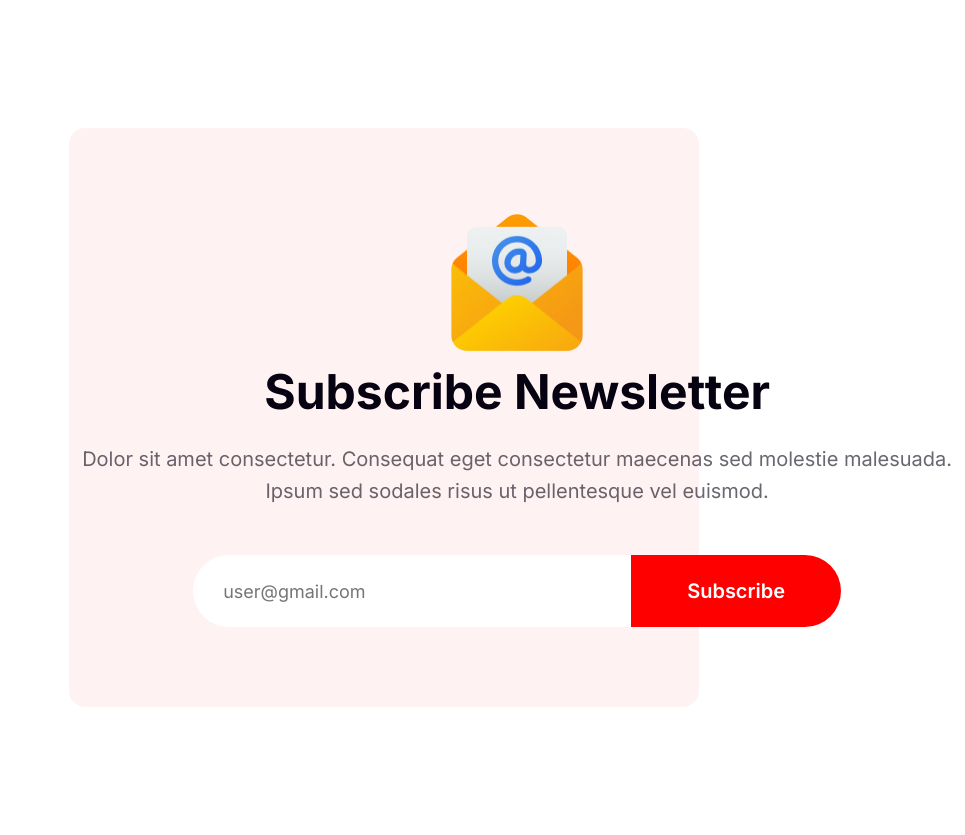
Repository: ShouravAhammed/simple-responsive-new-year
Page: index.html
The author's editor kept a copy of each file at every save. The page is drawn from the files as they stood at one save, then again after the next save.
The browser window is 768 px wide. The page is 965 px wide, then 768 px, so the pictures cover 965 px, including what lies to the right of the window. The pictures show the whole page.

Above is the page before, as saved 2024-01-11 17:29:16.

### index.html
<!DOCTYPE html>
<html lang="en">
<head>
    <meta charset="UTF-8">
    <meta name="viewport" content="width=device-width, initial-scale=1.0">
    <!-- Title  -->
    <title>New Year 2024</title>
    <!-- favicon icon linked -->
    <link rel="shortcut icon" href="images/New Year Photo.png" type="image/x-icon">
    <!-- style css linked-->
    <link rel="stylesheet" href="Style/style.css">
</head>
<body>
    <!-- header part  -->
    <header class="hide">
        <!-- banner section part -->
        <section id="banner">
            <div class="container">
                <div class="banner-container">
                    <div class="banner-content">
                        <h3 class="celebration">Happy New Year</h3>
                        <h2 class="banner-title">New Year Party Celebration</h2>
                    </div>
                </div>
            </div>
        </section>
    </header>
    <!-- main part -->
    <main>
        <!-- categories section part  -->
            <section id="categories hide" class="hide">
                <div class="container">
                    <div class="categories-container">
                        <h2 class="categories-discount">65% OFF</h2>
                        <p class="primary-summery">OUR HOLIDAY DEALS ARE BETTER</p>
                        <h3 class="categories-title">ALL CATEGORIES</h3>
                        <div class="categories-img">
                            <img id="new-year-img" src="images/New Year Photo.png" alt="Happy New Year">
                        </div>
                    </div>
                </div>
            </section>

            <!-- party-banner section part -->
            <section id="party-banner" class="hide">
                <div class="container">
                    <div class="party-container">
                        <div class="party-content">
                            <h2 class="party-title">Welcome to midnight party</h2>
                            <p class="party-description">Dolor sit amet consectetur. Consequat eget consectetur maecenas sed molestie malesuada. Ipsum sed sodales risus ut pellentesque vel euismod. </p>
                            <button id="join-now-btn">JOIN NOW</button>
                        </div>
                        <img class="party-img" src="images/icon/Group 70.png" alt="party-img">
                    </div>
                </div>
            </section>
            <!-- Announce section part -->
            <section id="announce" class="hide">
                <div class="container">
                    <div class="announce-content">
                        <h4 class="announce-title"><span class="title-color">Place:</span> New Park Hotel</h4>
                        <h4 class="announce-title"><span class="title-color">Date:</span> 31 December Night 2023</h4>
                        <h4 class="announce-title"><span class="title-color">Time:</span> Evening 7.30 pm to 12.30 am</h4>
                        <button class="announce-btn">Join Now</button>
                    </div>
                </div>
            </section>
            <!-- best offer section part -->
            <section id="best-offer" class="hide">
                <div class="container">
                    <div class="best-offer-container">
                        <div class="best-offer-content">
                            <p class="primary-summery">NEW BEST OFFER</p>
                            <h3 class="similer-title">Coming Soon</h3>
                            <p class="similer-description">Dolor sit amet consectetur. Consequat eget consectetur maecenas sed molestie malesuada. Ipsum sed sodales risus ut pellentesque vel euismod. </p>
                        </div>
                        <div class="best-offer-img-content">

                                <img class="best-offer-img" src="images/Ellipse 1.png" alt="best-offer-images">

                        </div>
                        <div class="best-offer-year-content">
                            <h3 class="best-offer-year">2024</h3>
                            <p class="best-offer-description">Dolor sit amet consectetur. Consequat eget consectetur maecenas sed.</p>
                            <img class="best-offer-year-img" src="images/icon/Group 96.png" alt="best-offer-year-img">
                        </div>
                    </div>
                </div>
            </section>
            <!-- holiday section part  -->
            <section id="holiday" class="hide">
                <div class="container">
                    <div class="holiday-container">
                        <div class="holiday-content">
                            <p class="primary-summery">WHAT IS FUNCTIONAL</p>
                        <h3 class="similer-title"><span class="title-color">Holidays</span> Sale 50%</h3>
                        <p class="similer-description">Dolor sit amet consectetur. Consequat eget consectetur maecenas sed molestie malesuada. Ipsum sed
                            sodales risus ut pellentesque vel euismod. Eleifend nunc purus quam id
                            fermentum amet amet sit consectetur.</p>
                        </div>
                        <div class="holiday-back-img">
                            <div class="holiday-gift-content">
                                <img src="images/icon/Group 75.png" alt="">
                            </div>
                            <div class="holiday-discount-content">
                                <img src="images/icon/Group 44.png" alt="">
                            </div>
                        </div>
                        <div class="holiday-bottom">
                            <img src="images/Rectangle 2.png" alt="">
                        </div>
                    </div>
                </div>
            </section>
            <!-- Portfolio section part -->

            <section id="portfolio" class="hide">
                <div class="container">
                    <div class="portfolio-container">
                        <div class="portfolio-box">
                            <p class="primary-summery">THE BEST GIFTS</p>
                            <h3 class="similer-title">Our Awesome Portfolio</h3>
                            <p class="similer-description description-padd">Dolor sit amet consectetur. Consequat eget consectetur maecenas sed molestie malesuada. Ipsum sed sodales risus ut pellentesque vel euismod. </p>
                        </div>
                            <div class="portfolio-content">
                                <img class="portfolio-img" src="images/Portfolio images/Rectangle 3.png" alt="">
                                <img class="portfolio-img" src="images/Portfolio images/Rectangle 4.png" alt="">
                                <img class="portfolio-img" src="images/Portfolio images/Rectangle 5.png" alt="">
                            </div>
                            <div class="portfolio-content">
                                <img class="portfolio-img" src="images/Portfolio images/Rectangle 6.png" alt="">
                                <img class="portfolio-img" src="images/Portfolio images/Rectangle 7.png" alt="">
                                <img class="portfolio-img" src="images/Portfolio images/Rectangle 8.png" alt="">
                            </div>
                        </div>
                    </div>
            </section>
            <!-- newsletter section part -->
            <section id="newsletter">
                <div class="container">
                    <div class="news-container">
                        <div class="news-content">
                            <img src="images/icon/Group 61.png" alt="">
                            <h3 class="similer-title">Subscribe Newsletter</h3>
                            <p class="similer-description description-mar">Dolor sit amet consectetur. Consequat eget consectetur maecenas sed molestie malesuada. Ipsum sed sodales risus ut pellentesque vel euismod. </p>
                            <form class="form" action="">
                                <input type="email" placeholder="user@gmail.com" alt="email" id="">
                                <button class="subscribe-btn">Subscribe</button>
                            </form>
                        </div>

                    </div>
                </div>
            </section>
    </main>
    <!--  footer part -->
    <footer class="hide">
        <section id="footer">
            <div class="container">
                <div class="footer-describe-part line-color">
                    <div class="footer-address">
                        <p class="address-similer">44, Big Building Roosevelt Street</p>
                        <p class="address-similer">Beach Gardens Florida 33410</p>
                    </div>
                    <div class="footer-address">
                        <div class="call-icon">
                            <img src="images/icon/Call.png" alt="">
                            <a class="address-similer">+00 123 584 124</a>
                        </div>
                        <div class="website-icon">
                            <img src="images/icon/Website.png" alt="">
                            <a class="address-similer">www.website.com</a>
                        </div>
                    </div>
                </div>

                <div class="footer-social line-color">
                    <a href=""><img src="images/icon/Facebook.png" alt=""></a>
                    <a href=""><img src="images/icon/Instagram.png" alt=""></a>
                    <a href=""><img src="images/icon/Twitter.png" alt=""></a>
                    <a href=""><img src="images/icon/Linkedin.png" alt=""></a>
                </div>

                <div class="reserved">
                    <p>2017, All Rights Reserved.</p>
                    <p>Unsubscribe</p>
                </div>
            </div>
        </section>
    </footer>
</body>
</html>

### Style/style.css
/* import google fonts */
@import url('https://fonts.googleapis.com/css2?family=Inter:wght@100;200;300;400;500;600;700;800;900&family=Merriweather:ital,wght@0,300;0,400;0,700;0,900;1,300;1,400;1,700;1,900&display=swap');

*{
    margin: 0;
    padding: 0;
    outline: 0;
}

.container{
    width: 82%;
    margin: 0 auto;
}
/* primary content */
.primary-summery{
    font-family: Inter;
    font-size: 24px;
    font-style: normal;
    font-weight: 500;
    color: #F00;
    line-height: normal;
}
/* title-color */
.title-color{
    color: #F00;
}
/* banner section related css style */
#banner{
    margin-top: 30px;
}
.banner-container{
    background-image: linear-gradient(180deg, #070211 0%, rgba(7, 2, 17, 0.00) 100%), url(../images/Banner\ Image.png);
    background-size: cover;
    background-repeat: no-repeat;
    background-position: center;
    border-radius: 16px;
    padding: 177px 0px;
}
.banner-container .banner-content{
    width: 632px;
    margin: 0 auto;
}
.banner-container .banner-content .celebration{
    color: #FFF;
    text-align: center;
    font-family: Merriweather;
    font-size: 32px;
    font-style: normal;
    font-weight: 400;
    line-height: normal;
    margin-bottom: 16px;
    z-index: 99;
}
.banner-container .banner-content .banner-title{
    color: #FFF;
    text-align: center;
    font-family: Merriweather;
    font-size: 72px;
    font-style: normal;
    font-weight: 900;
    line-height: 95px;
}
/* categories section related css style */

#categories{
    margin: 120px 0px;
}
.categories-container{
    text-align: center;
}
.categories-container .categories-discount{
    font-family: Inter;
    font-size: 88px;
    font-style: normal;
    font-weight: 700;
    color: #F00;
    line-height: normal;
    margin-bottom: 48px;
}

.categories-title{
    font-family: Inter;
    font-size: 48px;
    font-style: normal;
    font-weight: 700;
    color: #070211;
    line-height: normal;
    margin-bottom: 48px;
}
.categories-container .categories-img{
    width: 800px;
    margin: 0 auto;
}
.categories-img #new-year-img{
    max-width: 100%;
}

/* party-banner section css style  */
#party-banner{

}
.party-container{
    background-image: linear-gradient(90deg, #070211 0%, rgba(7, 2, 17, 0.00) 100%), url(../images/Vectorrr.png);
    background-position: center;
    background-repeat: no-repeat;
    background-size: cover;
    display: flex;
    align-items: center;
    justify-content: space-between;
    border-radius: 16px;
    padding: 70px 70px;
}
.party-container .party-content{
    width: 900px;
}
.party-content .party-title{
    font-family: Merriweather;
    font-size: 64px;
    font-style: normal;
    font-weight: 900;
    color: #FFF;
    line-height: 88px;
    letter-spacing: 3px;
}
.party-content .party-description{
    font-family: Inter;
    font-size: 18px;
    font-style: normal;
    font-weight: 400;
    color: rgba(255, 255, 255, 0.80);
    line-height: 30px;
    margin-top: 20px;
}
#join-now-btn{
    font-family: Inter;
    font-size: 20px;
    font-style: normal;
    font-weight: 700;
    color: #FFF;
    background: transparent;
    line-height: normal;
    text-transform: uppercase;
    border: none;
    cursor: pointer;
    margin-top: 48px;
    margin-left: 32px;
}
.party-container .party-img{
    width: 270px;
    max-width: 100%;
}

/* Announce section css style */

#announce{
    margin: 120px 0px;
}
.announce-content{
    background: linear-gradient(180deg, rgba(255, 0, 0, 0.10) 0%, rgba(255, 0, 0, 0.00) 100%);
    padding: 100px 0;
    text-align: center;
}
.announce-content .announce-title{
    color: #070211;
    font-family: Inter;
    font-size: 32px;
    font-style: normal;
    font-weight: 600;
    line-height: 56px;
    text-transform: capitalize;
}
.announce-btn{
    font-family: Inter;
    font-size: 20px;
    font-style: normal;
    font-weight: 700;
    line-height: normal;
    color: #FFF;
    text-align: center;
    text-transform: uppercase;
    border-radius: 8px;
    background: #F00;
    padding: 16px 32px;
    border: none;
    cursor: pointer;
    transition: all ease 0.5s;
    margin-top: 48px;
}
.announce-btn:hover{
    background: #fff;
    color: #f00;
    outline: 1px solid #F00;
}
/* best-offer section style css */
#best-offer{
    margin-bottom: 128px;
}
.similer-title{
    font-family: Inter;
    font-size: 48px;
    font-style: normal;
    font-weight: 700;
    color: #070211;
    line-height: normal;
}
.similer-description{
    font-family: Inter;
    font-size: 20px;
    font-style: normal;
    font-weight: 400;
    color: rgba(7, 2, 17, 0.60);
    line-height: 32px;
    margin-top: 22px;
}
.best-offer-container{
    display: flex;
    align-items: center;
    gap: 20px;
}
.best-offer-content{
    width: 700px;
}
.best-offer-img-content{
    min-height: 350px;
    min-width: 350px;
    border: 15px solid #f00;
    border-radius: 50%;
    position: relative;
    position: relative;
}
.best-offer-img-content .best-offer-img{
    position: absolute;
    width: 270px;
    inset: 41px;
}
.best-offer-year-content .best-offer-year{
    font-family: Inter;
    font-size: 48px;
    font-style: normal;
    font-weight: 700;
    color: #F00;
    line-height: normal;
    margin-top: 65px;
}
.best-offer-year-content .best-offer-description{
    margin-top: 10px !important;

}
.best-offer-year-content{
    width: 500px;
}
.best-offer-year-content .best-offer-year-img{
    max-width: 140px;
    margin-top: 38px;
}


/*  portfolio section css style */
.portfolio-container{

}
.portfolio-container .description-padd{
    margin-bottom: 48px ;
}
.portfolio-container .portfolio-content{
    display: flex;
    align-items: center;
    justify-content: space-between;
    margin-top: 20px;
}
.portfolio-box{
    width: 896px;
}
.portfolio-container .portfolio-content .portfolio-img{
    max-width: 355px;
    transition: all ease 0.5s;
}
.portfolio-content .portfolio-img:hover{
    filter: grayscale(1);
    transform: scale(1.05);
}
/* newsletter section css style  */
#newsletter{
    margin: 128px 0px;
}
.news-container{
    border-radius: 16px;
    background: rgba(255, 0, 0, 0.05);
    padding: 80px 0px;
}
.news-content{
    width: 896px;
    margin: 0 auto;
    text-align: center;
}
.news-content img{
    width: 150px;
    height: 150px;
}
.form{
    width: 648px;
    height: 72px;
    display: flex;
    margin: 0 auto;
}
.form input{
    background: #fff;
    width: 438px;
    flex-grow: 1;
    color: rgba(7, 2, 17, 0.30);
    font-family: Inter;
    font-size: 18px;
    font-style: normal;
    font-weight: 400;
    line-height: normal;
    padding-top: 25px;
    padding-bottom: 25px;
    padding-left: 30px;
    border: none;
    border-radius: 50px 0px 0px 50px;
    outline: 1px transparent;
    transition: all ease 0.5s;
}
.form input:hover{
    outline: 1px solid #f00;
}
.form .subscribe-btn{
    color: #FFF;
    font-family: Inter;
    font-size: 20px;
    font-style: normal;
    font-weight: 600;
    line-height: normal;
    text-transform: capitalize;
    border-radius: 0px 50px 50px 0px;
    background: #F00;
    padding: 24px 56px;
    border: none;
    transition: all ease 0.5s;
}
.form .subscribe-btn:hover{
    outline: 1px solid #f00;
    background: #fff;
    color: #f00;
}
.description-mar{
    margin-bottom: 48px;
}
/* footer section part css style */

#footer{
    background: #070211;
    padding: 120px 0;
}
.line-color{
    border-bottom: 1px solid rgba(255, 255, 255, 0.15);
}
.footer-describe-part{
    display: flex;
    justify-content: space-between;
}
.footer-address{
    margin-bottom: 50px;
}
.footer-address .address-similer {
    color: #FFF;
    font-family: Inter;
    font-size: 24px;
    font-style: normal;
    font-weight: 500;
    line-height: 40px;
    text-decoration: none;
    cursor: pointer;
}
.call-icon, .website-icon{
    display: flex;
    align-items: center;
}
.call-icon img, .website-icon img{
    width: 24px;
    margin-right: 15px;
}

.footer-social{
    text-align: center;
    padding: 48px 0;
}
.footer-social a{
    width: 64px;
    margin-right: 24px;
}
.footer-social a:hover{
    filter: grayscale(1);
}

.reserved{
    display: flex;
    justify-content: space-between;
    align-items: center;
    margin-top: 50px;
}
.reserved p{
    color: #FFF;
    font-family: Inter;
    font-size: 24px;
    font-style: normal;
    font-weight: 500;
    line-height: normal;
}



/* holiday section css style */
#holiday{
    margin-bottom: 128px;
}
.holiday-container{
    text-align: center;
}
.holiday-container .holiday-content{
    width: 920px;
    margin: 0 auto;
}
.holiday-back-img{
    display: flex;
    align-items: center;
    margin-top: 48px;
    background-image: url(../images/Rectangle\ 1.png);
    background-repeat: no-repeat;
    background-size: contain;
    height: 60vh;
    background-position: bottom right;
}
.holiday-back-img .holiday-gift-content {
    width: 600px;
    position: relative;
    bottom: -110px;
    left: 50px;
}
.holiday-back-img .holiday-gift-content img{
    max-width: 100%;
}
.holiday-back-img .holiday-discount-content{
    width: 250px;
}
.holiday-back-img .holiday-discount-content img{
    max-width: 100%;
}
.holiday-bottom img{
    width: 100%;
}


/* responsive */
.hide{
    display: none;
}
@media screen and (max-width: 576px){
    .similer-description {
        padding: 0px 10px;
    }
    .news-content, .portfolio-box, .form, .form input {
        width:  100%;
    }
    .form .subscribe-btn {
        padding: 24px 20px;
    }
    .best-offer-container, .best-offer-container, .portfolio-container .portfolio-content, .footer-describe-part {
        flex-direction: column;
    }
    .footer-social a {
        margin-right: 10px;
    }
    .reserved {
        margin-top: 50px;
        flex-direction: column;
    }
    .portfolio-container .portfolio-content .portfolio-img {
        width: 100%;
    }
    .portfolio-container .portfolio-content {
        gap: 20px;
    }
    .holiday-container .holiday-content {
        width: 100%;
    }
    .holiday-back-img {
        height: 38vh;
    }
    .best-offer-content, .best-offer-year-content {
        width: 100%;
    }
    .announce-content {
        padding: 40px 0;
    }
    .announce-content .announce-title {
        font-size: 18px;
        font-weight: 600;
    }
    .party-container .party-content {
        width: 100%;
    }
    .party-container {
        flex-direction: column;
        padding: 30px 15px;
    }
    .party-container {
        background-position: 85%;
    }
    .party-content .party-title {
        font-size: 32px;
        line-height: 45px;
    }
    #join-now-btn {
        margin-top: 20px;
    }
    .party-container .party-img {
        width: 50%;
        margin-top: 40px;
    }


    .primary-summery {
        font-size: 20px;
    }
    .categories-title {
        font-size: 39px;
    }
    .categories-container .categories-discount {
        font-size: 56px;
        margin-bottom: 12px;
    }
    .categories-container .categories-img {
        width: 100%;
    }
    .categories-img #new-year-img {
        width: 100%;
    }
    .banner-container .banner-content {
        width: 100%;
    }
    .banner-container {
        background-position: 13%;
        border-radius: 16px;
        padding: 120px 0px;
    }
    .banner-container .banner-content .banner-title {
        font-size: 40px;
        line-height: 60px;
    }
}

@media screen and (min-width: 577px) and (max-width: 768px) {

}

After the next save:
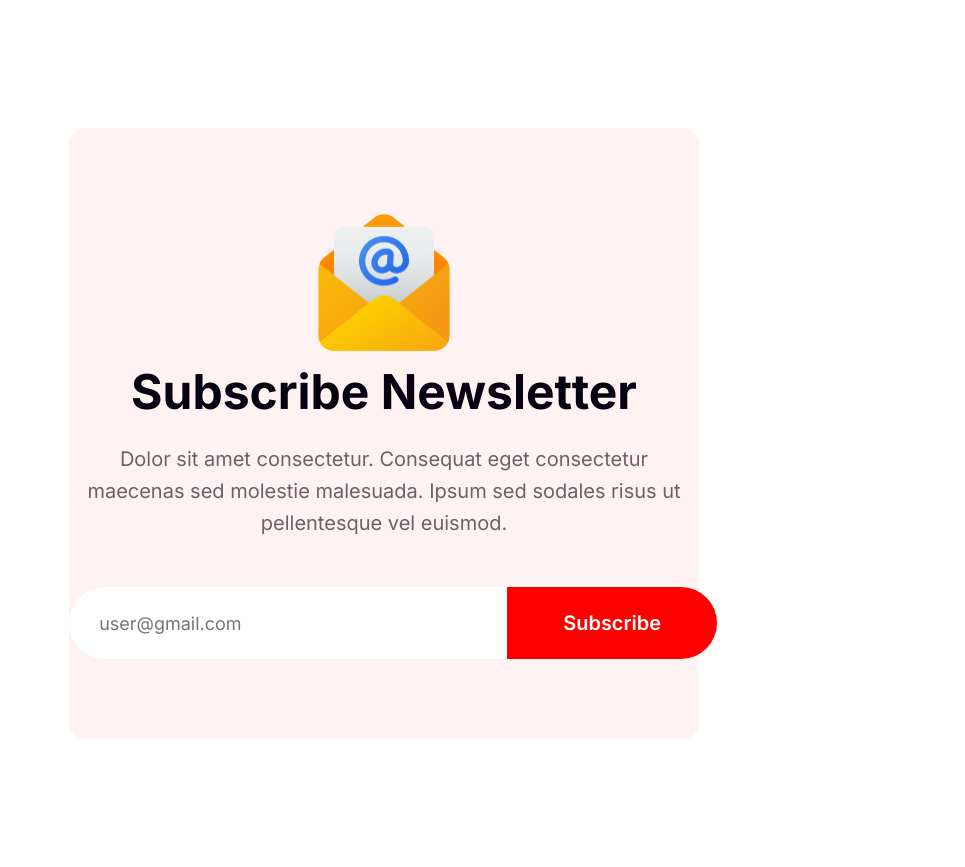
Saved 60 s later.
--- a/Style/style.css
+++ b/Style/style.css
@@ -551,5 +551,7 @@
 }
 
 @media screen and (min-width: 577px) and (max-width: 768px) {
-
-}
+    .news-content {
+        width: 100%;
+    }
+}
